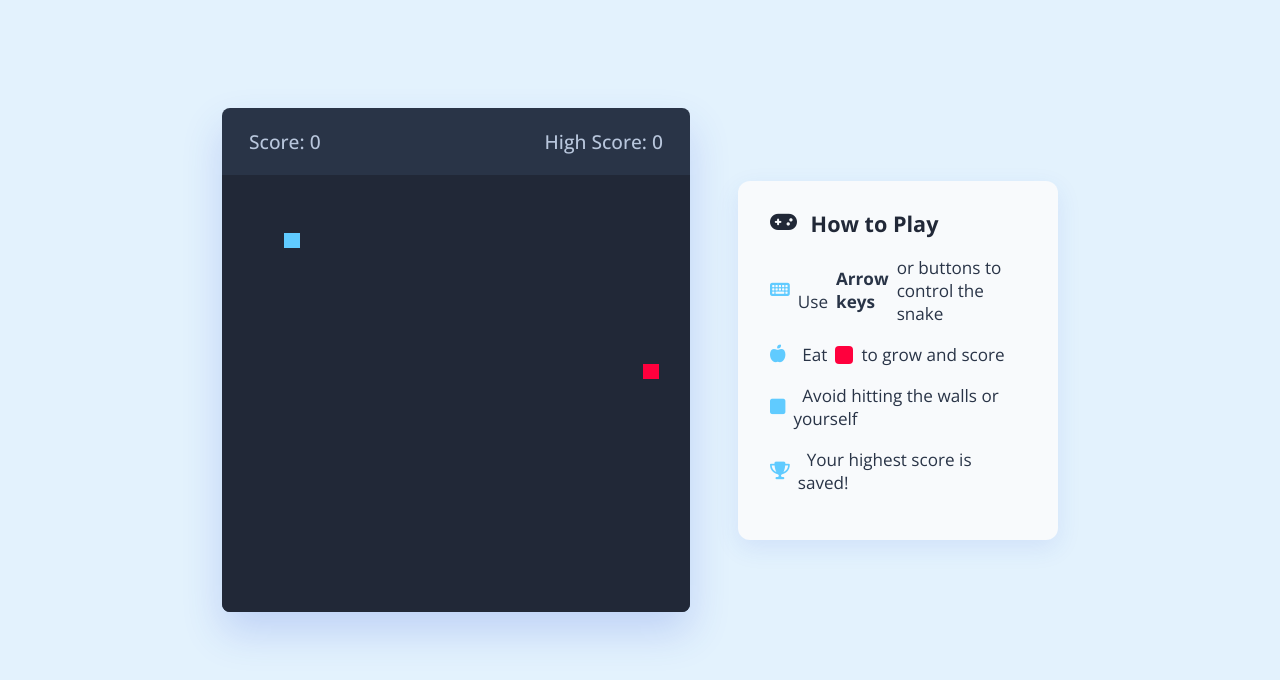
Repository: BinaryVortex/Snake-Game-React
Page: /
The author's editor kept a copy of each file at every save. The page is drawn from the files as they stood at one save, then again after the next save.
The browser window is 1280 px wide. The pictures show the whole page.
The project was rebuilt for these pictures with package versions that can differ from the ones it lists, and the page was loaded fresh each time.

Above is the page before, as saved 2025-08-12 09:20:22.

### src/index.js
import React from 'react'
import ReactDOM from 'react-dom/client'
import App from './App'
import '@fortawesome/fontawesome-free/css/all.min.css'

const root = ReactDOM.createRoot(document.getElementById('root'))
root.render(
  <React.StrictMode>
    <App />
  </React.StrictMode>
)

### src/App.js
import React from 'react'
import SnakeGame from './SnakeGame'

function App() {
  return (
    <div>
      <SnakeGame />
    </div>
  )
}

export default App

### src/SnakeGame.js
import React, { useEffect, useRef, useState } from 'react'
import './SnakeGame.sass'

const BOARD_SIZE = 30

const getRandomPosition = () => ({
  x: Math.floor(Math.random() * BOARD_SIZE) + 1,
  y: Math.floor(Math.random() * BOARD_SIZE) + 1,
})

const SnakeGame = () => {
  const [food, setFood] = useState(getRandomPosition())
  const [snake, setSnake] = useState([{ x: 5, y: 5 }])
  const [direction, setDirection] = useState({ x: 0, y: 0 })
  const [score, setScore] = useState(0)
  const [highScore, setHighScore] = useState(
    Number(localStorage.getItem('high-score')) || 0
  )
  const [gameOver, setGameOver] = useState(false)
  const intervalRef = useRef(null)

  const changeDirection = (key) => {
    if (key === 'ArrowUp' && direction.y !== 1) setDirection({ x: 0, y: -1 })
    else if (key === 'ArrowDown' && direction.y !== -1) setDirection({ x: 0, y: 1 })
    else if (key === 'ArrowLeft' && direction.x !== 1) setDirection({ x: -1, y: 0 })
    else if (key === 'ArrowRight' && direction.x !== -1) setDirection({ x: 1, y: 0 })
  }

  useEffect(() => {
    const handleKeyUp = (e) => changeDirection(e.key)
    window.addEventListener('keyup', handleKeyUp)
    return () => window.removeEventListener('keyup', handleKeyUp)
  })

  const controlKeys = ['ArrowLeft', 'ArrowUp', 'ArrowRight', 'ArrowDown']

  useEffect(() => {
    if (gameOver) {
      clearInterval(intervalRef.current)
      setTimeout(() => {
        alert('Game Over! Press OK to replay...')
        window.location.reload()
      }, 50)
      return
    }

    intervalRef.current = setInterval(() => {
      setSnake((prevSnake) => {
        const head = { ...prevSnake[0] }
        head.x += direction.x
        head.y += direction.y

        if (
          head.x <= 0 ||
          head.x > BOARD_SIZE ||
          head.y <= 0 ||
          head.y > BOARD_SIZE ||
          prevSnake.some((segment, i) => i !== 0 && segment.x === head.x && segment.y === head.y)
        ) {
          setGameOver(true)
          return prevSnake
        }

        let newSnake = [head, ...prevSnake.slice(0, -1)]

        if (head.x === food.x && head.y === food.y) {
          setFood(getRandomPosition())
          newSnake = [head, ...prevSnake]
          setScore((s) => {
            const nextScore = s + 1
            if (nextScore > highScore) {
              setHighScore(nextScore)
              localStorage.setItem('high-score', nextScore)
            }
            return nextScore
          })
        }

        return newSnake
      })
    }, 100)

    return () => clearInterval(intervalRef.current)
  }, [direction, food, gameOver, highScore])

  useEffect(() => {
    setDirection({ x: 0, y: 0 })
  }, [])

  const cells = []
  cells.push(
    <div
      key="food"
      className="food"
      style={{ gridArea: `${food.y} / ${food.x}` }}
    />
  )
  snake.forEach((segment, i) => {
    cells.push(
      <div
        key={`snake-${i}`}
        className="head"
        style={{ gridArea: `${segment.y} / ${segment.x}` }}
      />
    )
  })

  return (
    <div className="snake-centerer">
      <div className="snake-layout">
        <div className="wrapper">
          <div className="game-details">
            <span className="score">Score: {score}</span>
            <span className="high-score">High Score: {highScore}</span>
          </div>
          <div className="play-board">{cells}</div>
          <div className="controls">
            {controlKeys.map((key) => (
              <i
                key={key}
                data-key={key}
                className={`fa-solid fa-arrow-${key
                  .replace('Arrow', '')
                  .toLowerCase()}-long`}
                onClick={() => changeDirection(key)}
              />
            ))}
          </div>
        </div>
        <div className="how-to-play-card">
          <h2>
            <i className="fa-solid fa-gamepad"></i>
            &nbsp;How to Play
          </h2>
          <ul>
            <li>
              <i className="fa-solid fa-keyboard"></i>
              &nbsp; Use <b>Arrow keys</b> or buttons to control the snake
            </li>
            <li>
              <i className="fa-solid fa-apple-whole"></i>
              &nbsp; Eat <span className="food-icon"></span> to grow and score
            </li>
            <li>
              <i className="fa-solid fa-square"></i>
              &nbsp; Avoid hitting the walls or yourself
            </li>
            <li>
              <i className="fa-solid fa-trophy"></i>
              &nbsp; Your highest score is saved!
            </li>
          </ul>
        </div>
      </div>
    </div>
  )
}

export default SnakeGame

### src/SnakeGame.sass
@import url('https://fonts.googleapis.com/css2?family=Open+Sans:wght@300;400;500;600;700&display=swap')

*
  margin: 0
  padding: 0
  box-sizing: border-box
  font-family: 'Open Sans', sans-serif

body
  background: #e3f2fd
  min-height: 100vh

.snake-centerer
  min-height: 100vh
  width: 100vw
  display: flex
  align-items: center
  justify-content: center
  // For mobile, adjust padding
  padding: 0

.snake-layout
  display: flex
  align-items: center
  justify-content: center
  gap: 48px

.wrapper
  width: 65vmin
  height: 70vmin
  display: flex
  overflow: hidden
  flex-direction: column
  justify-content: center
  background: #293447
  border-radius: 8px
  box-shadow: 0 20px 40px rgba(52, 87, 220, 0.2)

.game-details
  color: #b8c6dc
  font-weight: 500
  font-size: 1.2rem
  padding: 20px 27px
  display: flex
  justify-content: space-between

.play-board
  height: 100%
  width: 100%
  display: grid
  background: #212837
  grid-template: repeat(30, 1fr) / repeat(30, 1fr)
  .food
    background: #ff003d
  .head
    background: #60cbff

.controls
  display: none
  justify-content: space-between
  i
    padding: 25px 0
    text-align: center
    font-size: 1.3rem
    color: #b8c6dc
    width: calc(100% / 4)
    cursor: pointer
    border-right: 1px solid #171b26

.how-to-play-card
  min-width: 270px
  max-width: 320px
  background: #f8fafc
  border-radius: 12px
  box-shadow: 0 8px 24px rgba(52, 87, 220, 0.10)
  color: #293447
  text-align: left
  padding: 28px 32px
  margin-top: 0
  h2
    font-size: 1.35rem
    margin-bottom: 18px
    font-weight: 700
    color: #212837
    display: flex
    align-items: center
    gap: 8px
  ul
    list-style: none
    padding: 0
    margin: 0
    li
      font-size: 1.07rem
      margin: 18px 0
      display: flex
      align-items: center
      gap: 8px
      i
        color: #60cbff
        font-size: 1.1rem
      .food-icon
        display: inline-block
        width: 18px
        height: 18px
        border-radius: 4px
        background: #ff003d
        vertical-align: middle
        margin-bottom: -2px

@media screen and (max-width: 1100px)
  .snake-layout
    gap: 24px

@media screen and (max-width: 900px)
  .snake-centerer
    padding-top: 18px
  .snake-layout
    flex-direction: column
    align-items: center
    gap: 18px
  .how-to-play-card
    max-width: 95vw
    margin: 0 auto 32px auto

@media screen and (max-width: 800px)
  .wrapper
    width: 90vmin
    height: 115vmin

  .game-details
    font-size: 1rem
    padding: 15px 27px

  .controls
    display: flex
    i
      padding: 15px 0
      font-size: 1rem

Loaded but not shown: public/index.html (common file)

After the next save:
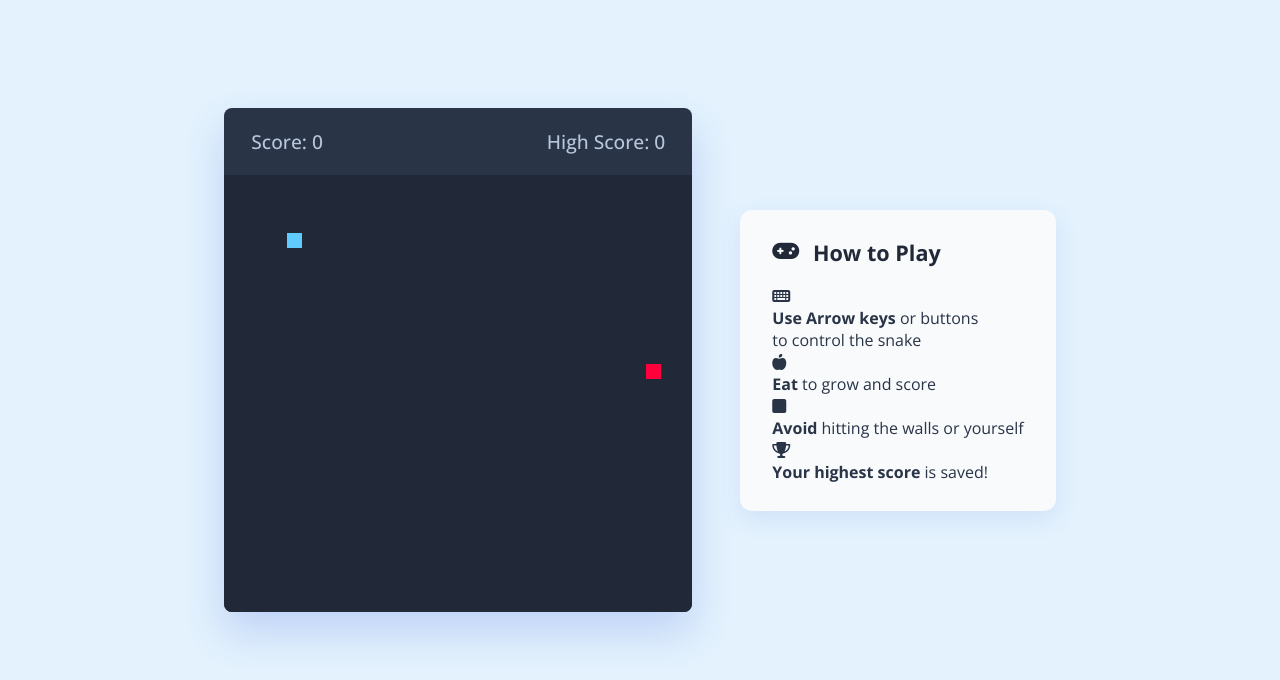
Saved 3 min 41 s later.
--- a/src/SnakeGame.js
+++ b/src/SnakeGame.js
@@ -132,24 +132,33 @@ const SnakeGame = () => {
             <i className="fa-solid fa-gamepad"></i>
             &nbsp;How to Play
           </h2>
-          <ul>
-            <li>
-              <i className="fa-solid fa-keyboard"></i>
-              &nbsp; Use <b>Arrow keys</b> or buttons to control the snake
-            </li>
-            <li>
-              <i className="fa-solid fa-apple-whole"></i>
-              &nbsp; Eat <span className="food-icon"></span> to grow and score
-            </li>
-            <li>
-              <i className="fa-solid fa-square"></i>
-              &nbsp; Avoid hitting the walls or yourself
-            </li>
-            <li>
-              <i className="fa-solid fa-trophy"></i>
-              &nbsp; Your highest score is saved!
-            </li>
-          </ul>
+          <div className="htp-list">
+            <div className="htp-row">
+              <i className="fa-solid fa-keyboard htp-icon blue"></i>
+              <div>
+                <b>Use Arrow keys</b> or buttons<br />
+                to control the snake
+              </div>
+            </div>
+            <div className="htp-row">
+              <i className="fa-solid fa-apple-whole htp-icon red"></i>
+              <div>
+                <b>Eat</b> <span className="food-icon"></span> to grow and score
+              </div>
+            </div>
+            <div className="htp-row">
+              <i className="fa-solid fa-square htp-icon cyan"></i>
+              <div>
+                <b>Avoid</b> hitting the walls or yourself
+              </div>
+            </div>
+            <div className="htp-row">
+              <i className="fa-solid fa-trophy htp-icon gold"></i>
+              <div>
+                <b>Your highest score</b> is saved!
+              </div>
+            </div>
+          </div>
         </div>
       </div>
     </div>
